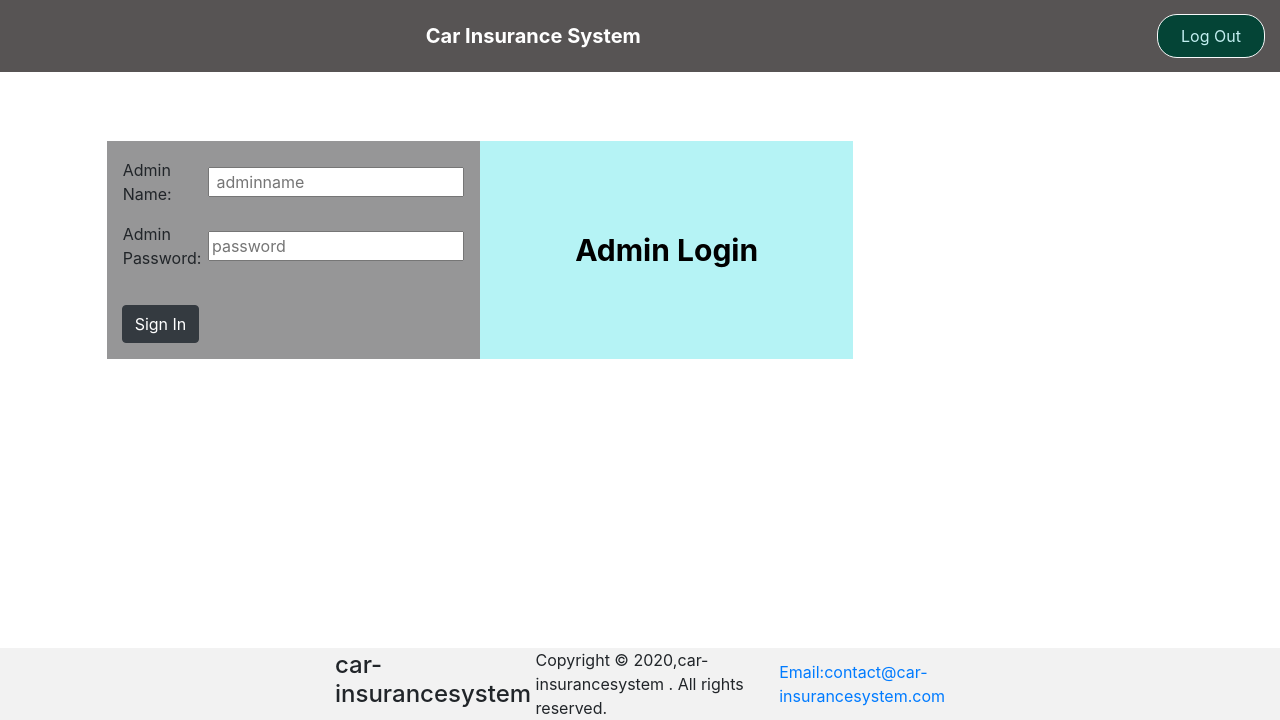
Repository: pdway/Adv-JAVA
Page: http://localhost/Car_insurance_system/
The author's editor kept a copy of each file at every save. The page is drawn from the files as they stood at one save, then again after the next save.
The browser window is 1280 px wide. The pictures show the whole page.
The page is served by Tomcat 9. Other server files are loaded and not shown.

Above is the page before, as saved 2020-11-05 06:04:38.
Not found: carinsys/Car_insurance_system/Car_insurance_system/imag.jpg

### carinsys/Car_insurance_system/WebContent/index.jsp
<%@ page language="java" contentType="text/html; charset=ISO-8859-1"
    pageEncoding="ISO-8859-1"%>
<!DOCTYPE html>
<html>
<head>
<meta charset="ISO-8859-1">

 <meta charset="UTF-8">
    <meta name="viewport" content="width=device-width, initial-scale=1.0">
    <title>Document</title>
    <!-- CSS only -->
    <link rel="stylesheet" href="https://stackpath.bootstrapcdn.com/bootstrap/4.5.2/css/bootstrap.min.css"
        integrity="sha384-JcKb8q3iqJ61gNV9KGb8thSsNjpSL0n8PARn9HuZOnIxN0hoP+VmmDGMN5t9UJ0Z" crossorigin="anonymous">

<title>Login Form</title>
</head>

<style>
    .img {
        background: url("imag.jpg");
        background-repeat: no-repeat;
        background-size: cover;
        background-position: center;
    }

    #image {
        height: 57px;
        width: 60px;
        margin-top: 1px;




    }

    td {
        padding-bottom: 15px;





    }
</style>

<body>


 <div class="container-fluid">
        <div class="row" style="height: 100vh;">
            <div class="col">
                <div class="row"
                    style="height:10vh;color: white;text-align:center;font-weight:bold;background: rgb(87, 84, 84);">

                    <div class="col-10 d-flex justify-content-center align-items-center"
                        style="color: white;text-align:center;font-weight:bold;font-size:20px">
                        Car Insurance System

                    </div>
                    <div class="col-2 d-flex justify-content-end align-items-center">
                        <button class="btn btn-light "
                            style="background-color: rgb(4, 68, 54); color: rgb(194, 238, 240);height:6vh;width:15vh; border-radius: 20px">
                            Log Out
                        </button>
                    </div>
                </div>
                <div class="row img" style="height: 80vh; ">
                    <div class="col-md-1 col-0">
                    </div>
                    <div class="col-md-7 ">
                        <div class="row" style="height: 12%;">

                        </div>
                        <div class="row">

                            <div class="col-md-6">
                                <div class="row " style="background:rgba(13, 13, 14, 0.432) ;">
                                    <div class="col mt-3 mb-3">


                                        <form action="login.htm" method="post">
                                            <table align="center">

                                                <tr>
                                                    <td>
                                                        Admin Name:
                                                    </td>
                                                    <td>
                                                        <input type="text" placeholder=" adminname" name="AdminName" required="required" />
                                                    </td>
                                                </tr>

                                                <tr>
                                                    <td>
                                                        Admin Password:
                                                    </td>
                                                    <td>
                                                        <input type="password" placeholder="password" name="AdminPass" required="required" />
                                                    </td>
                                                </tr>







                                            </div>
                                        </div>

                                    </div>



                                            </table>
                                             <div class="row mt-2">

                                                    <div class="col-5">
                                                        <button type="submit" class="btn btn-dark btn-md" style="margin-top: 12px;">Sign In</button>
                                                    </div>
                                                </div>
                                            <form>






                                    </div>
                                </div>

                            </div>
                            <div class="col-md-6 d-flex justify-content-center align-items-center "
                                style="background:rgb(181, 243, 245) ;font-size:30px;font-weight: bold;">
                                <a style="color: black">Admin Login</a>

                            </div>

                        </div>
                    </div>

                    <div class="col-3">

                    </div>


                </div>
                <footer class="row" style="height:10vh;background-color:rgb(242,242,242)">

                    <div class="col-3"></div>
                    <div class="col-12 col-md-6" style="justify-content: center;display: flex;align-items: center">
                        <h4>car-insurancesystem</h4>&nbsp;
                        <div> Copyright © 2020,car-insurancesystem . All rights reserved.</div>&nbsp;


                        <a href="https://www.carinsurancesystem.com//">Email:contact@car-insurancesystem.com </a>

                    </div>
                    <div class="col-3"></div>

                </footer>





            </div>


        </div>

    </div>



</body>




<!--
	<form action="login.htm" method="post" >
<table style="text-align: center; padding: 10px">
<tr><td>
Username:<input type="text" placeholder=" adminname" name="AdminName" required="required">
</td>
</tr>
<tr><td>
Password:<input type="password" placeholder="password" name="AdminPass" required="required">
</td>
</tr>
<tr><td>
<button>Login Here</button>
</td>
</tr>
</table>
</form>
 -->



</html>

After the next save:
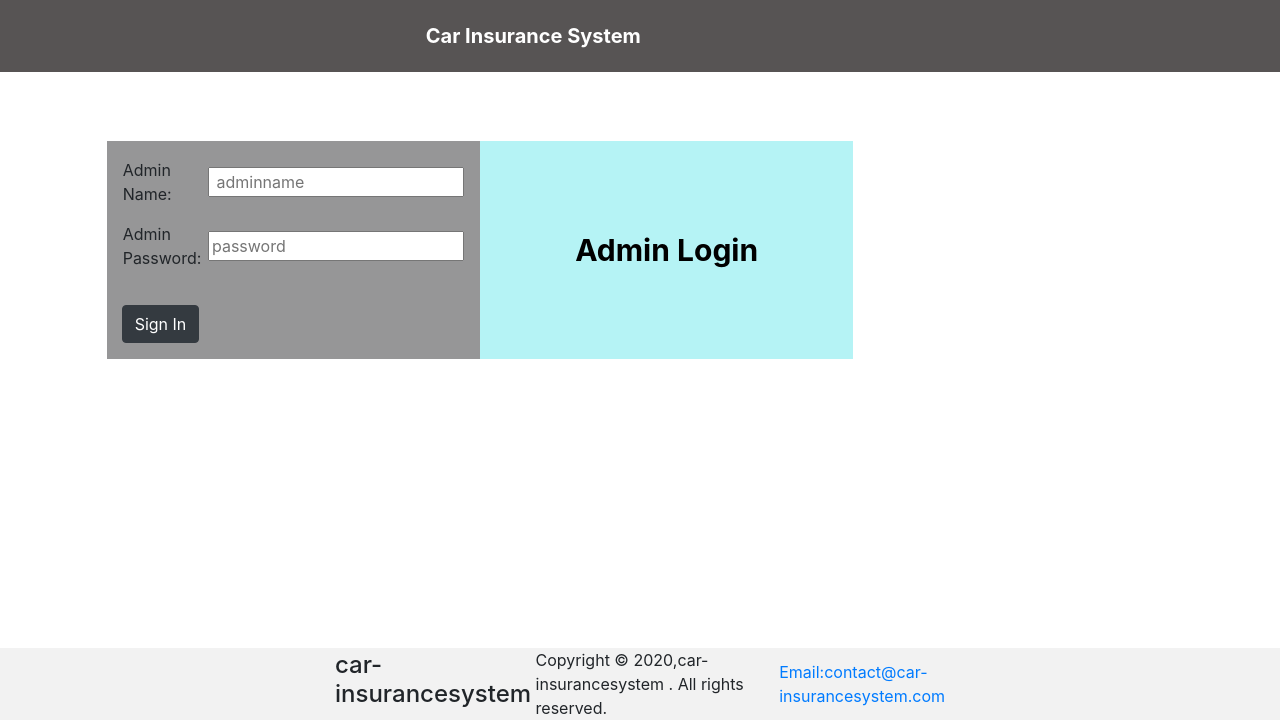
Saved 3 min 22 s later.
--- a/carinsys/Car_insurance_system/WebContent/index.jsp
+++ b/carinsys/Car_insurance_system/WebContent/index.jsp
@@ -57,12 +57,7 @@
                         Car Insurance System
 
                     </div>
-                    <div class="col-2 d-flex justify-content-end align-items-center">
-                        <button class="btn btn-light "
-                            style="background-color: rgb(4, 68, 54); color: rgb(194, 238, 240);height:6vh;width:15vh; border-radius: 20px">
-                            Log Out
-                        </button>
-                    </div>
+
                 </div>
                 <div class="row img" style="height: 80vh; ">
                     <div class="col-md-1 col-0">
